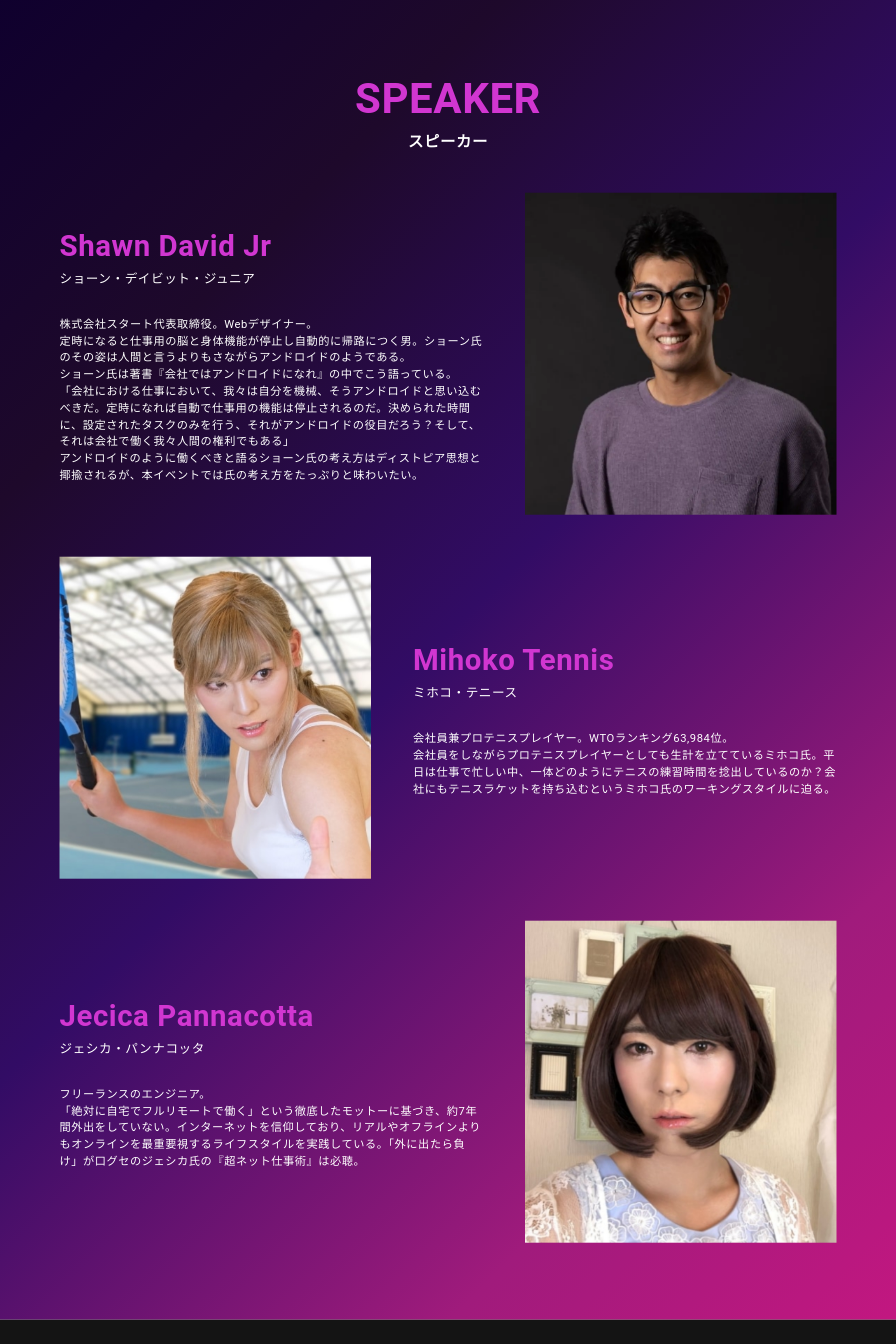
Repository: tetishi/wdc
Page: index.html
These files come from the project's save history. The page is drawn as it stood at one moment and after the next save; the edit follows.
The browser window is 1280 px wide. The pictures show the part of the page from y = 1705 to 3625 px (the page is 6330 px tall before and 6098 px after), at 70% of full size.
Some web libraries are served in a nearby version. The style sheet was rebuilt from its Sass, Less or Tailwind sources for each picture, by a compiler version that may differ from the author's.

Above is the page before, as saved 2023-06-27 23:46:34.

After the next save:
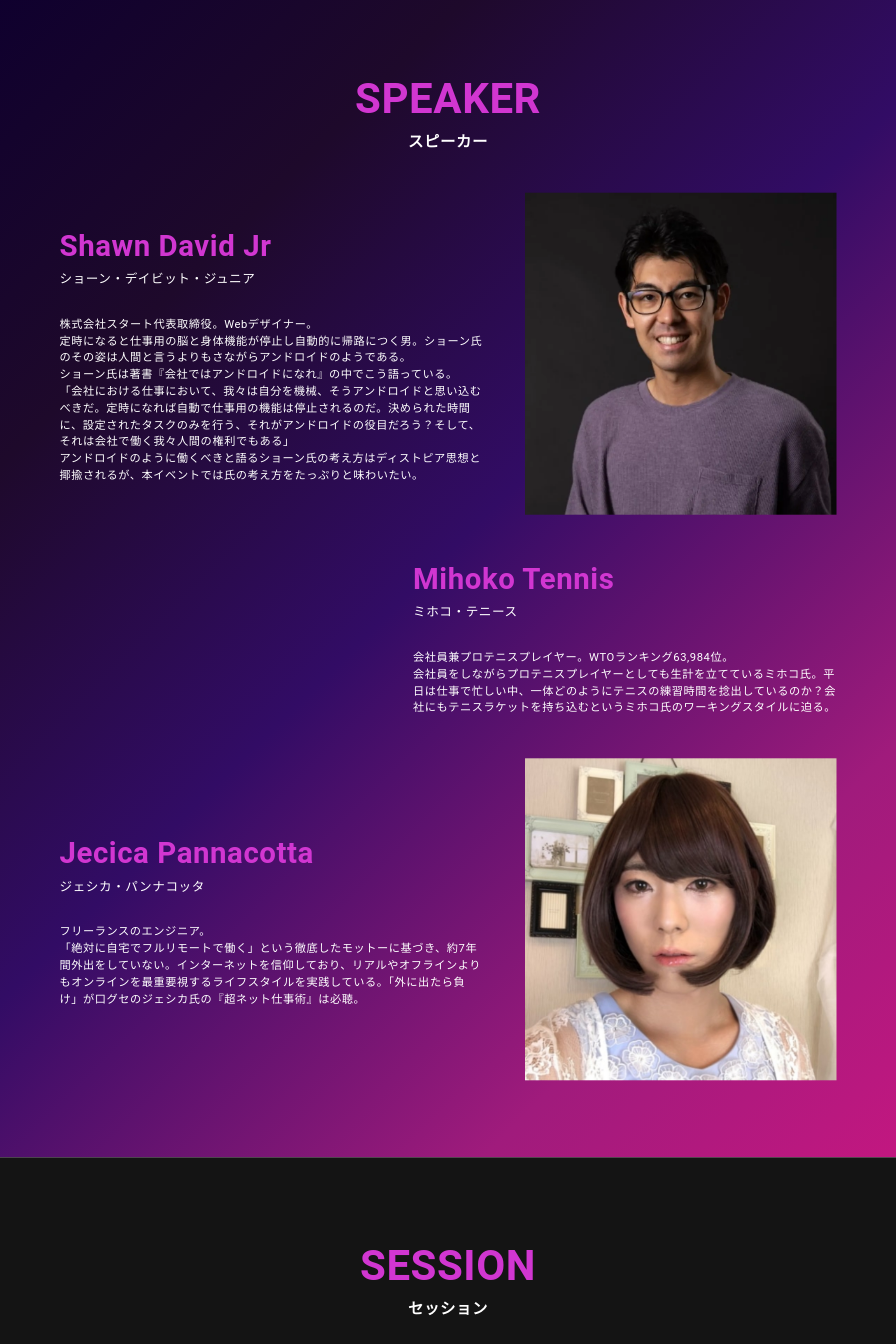
Saved 6 s later.
--- a/index.html
+++ b/index.html
@@ -152,7 +152,6 @@
                         <picture>
                             <source srcset="/mihoko.webp" type="image/webp">
                         </picture>
-                        <img src="img/mihoko.jpg" alt="会社員兼プロテニスプレイヤーのMihoko Tennisの写真">
                     </div>
                     <div class="mihoko-right">
                         <h3 class="speaker-name">Mihoko Tennis</h3>

After the save that followed:
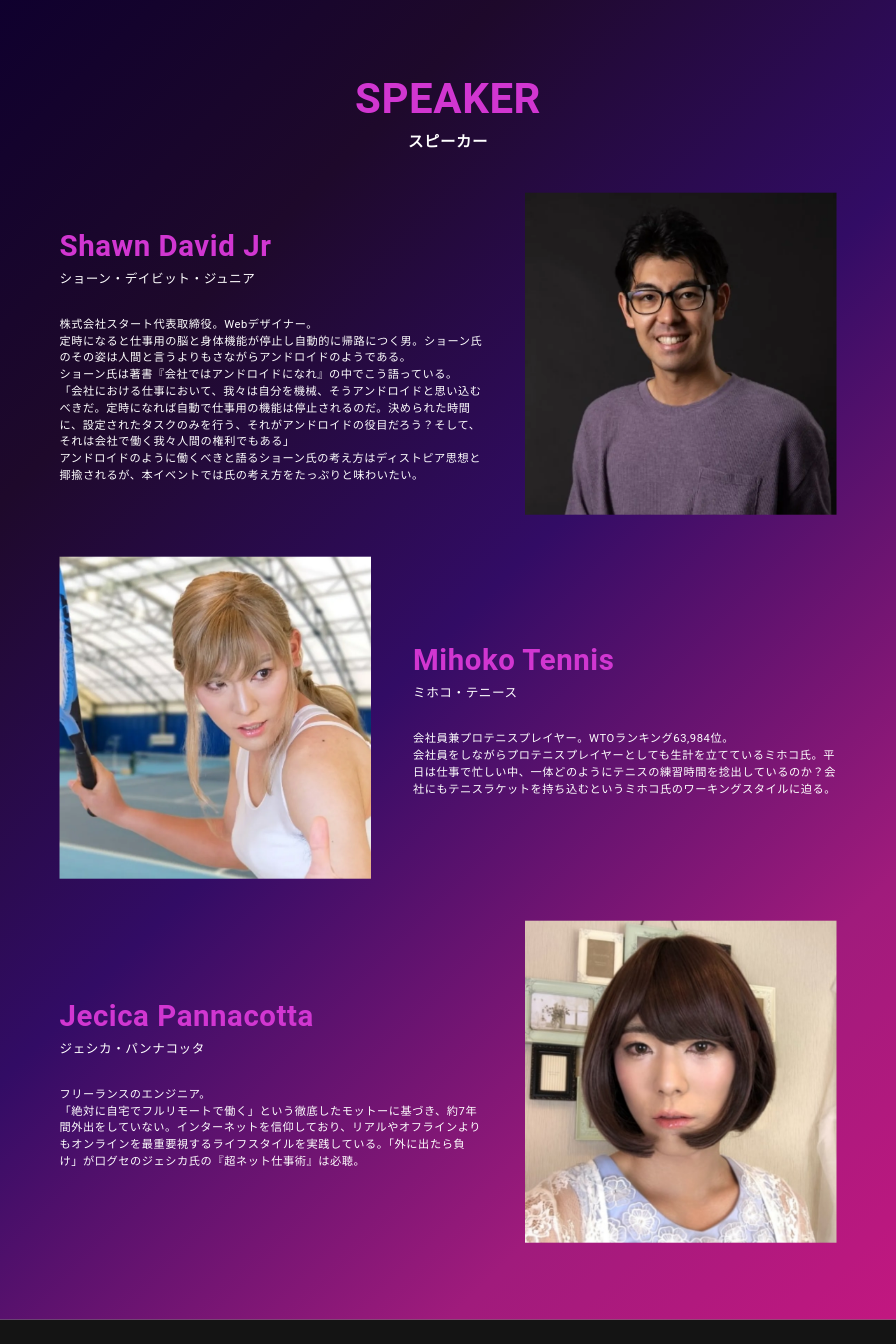
Saved 5 s later.
--- a/index.html
+++ b/index.html
@@ -151,6 +151,7 @@
                     <div class="mihoko-left">
                         <picture>
                             <source srcset="/mihoko.webp" type="image/webp">
+                            <img src="img/mihoko.jpg" alt="会社員兼プロテニスプレイヤーのMihoko Tennisの写真">
                         </picture>
                     </div>
                     <div class="mihoko-right">
